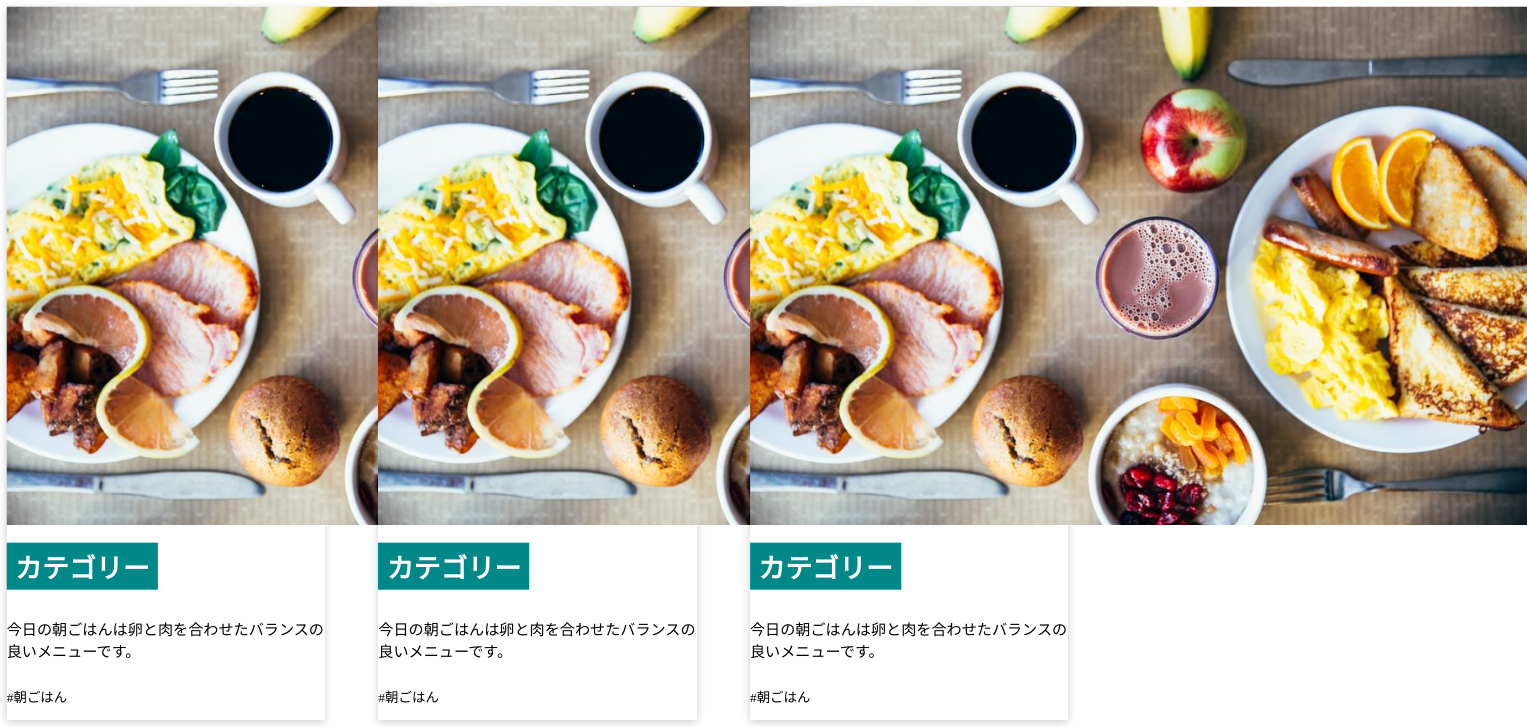
Repository: 9136424556/todo01
Page: coachtech/html-css/css1-17問.html
The author's editor kept a copy of each file at every save. The page is drawn from the files as they stood at one save, then again after the next save.
The browser window is 1280 px wide. The page is 1818 px wide, then 1808 px, so the pictures cover 1818 px, including what lies to the right of the window. The pictures show the whole page, at 84% of full size.

Above is the page before, as saved 2023-12-02 12:03:40.

After the next save:
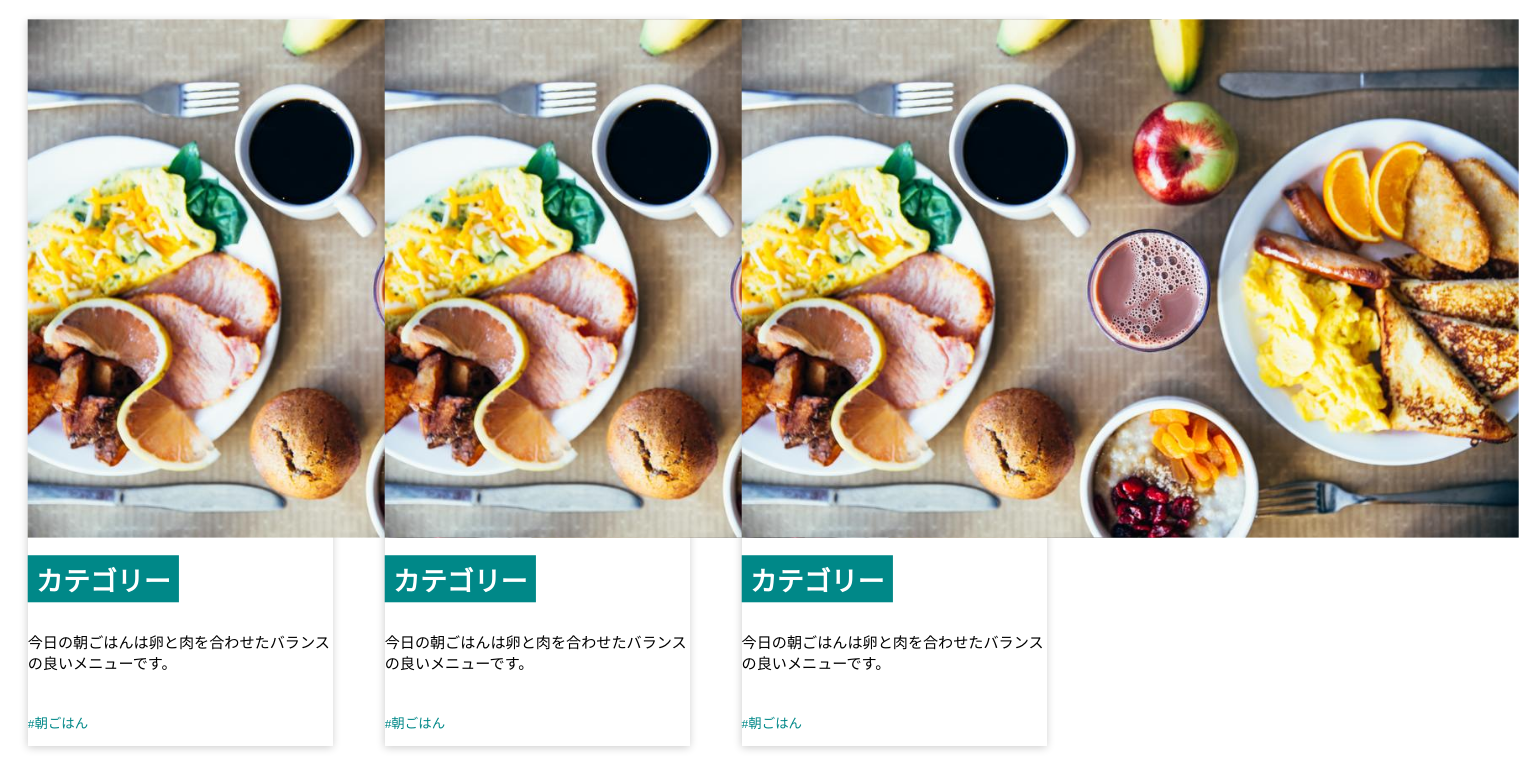
Saved 4 min 9 s later.
--- a/coachtech/html-css/css/css1-17問.css
+++ b/coachtech/html-css/css/css1-17問.css
@@ -1,6 +1,7 @@
 .flex{
     display: flex;
     justify-content: space-between;
+    padding: 15px 25px;
 }
 .card__img img{
     width: 100%;
@@ -21,3 +22,7 @@
     width: 30%;
     box-shadow: 0px 3px 10px rgba(0, 0, 0, 0.2);
 }
+.cord-tag{
+    display: inline-block;
+    color: #088;
+}
